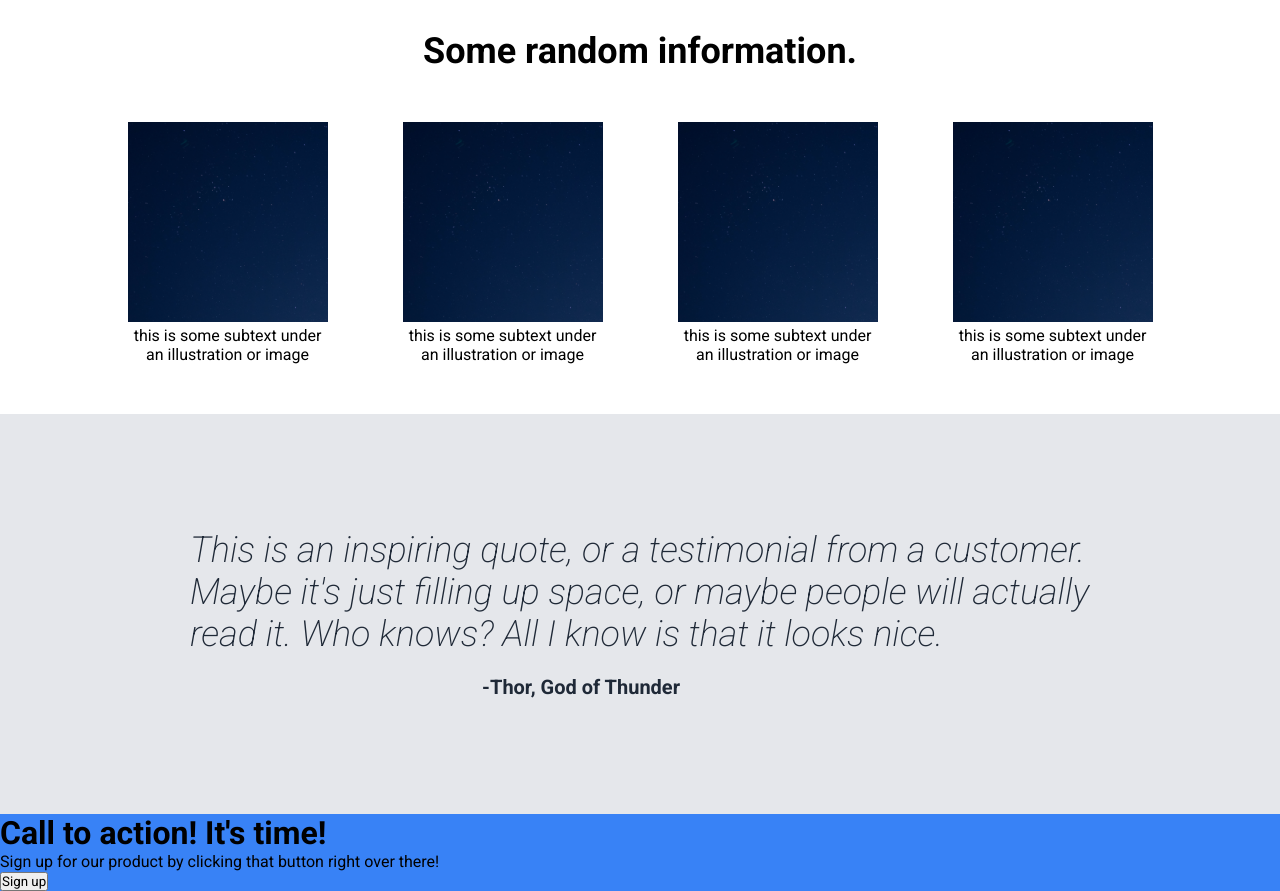
Repository: aaronestre/odin-landingpage
Page: index.html
These files come from the project's save history. The page is drawn as it stood at one moment and after the next save; the edit follows.
The browser window is 1280 px wide. The pictures show the part of the page from y = 570 to 1461 px (the page is 1461 px tall).
A picture or video elsewhere on the page could not be fetched, so the positions and the page height are approximate.

Above is the page before, as saved 2025-02-12 21:22:47.

After the next save:
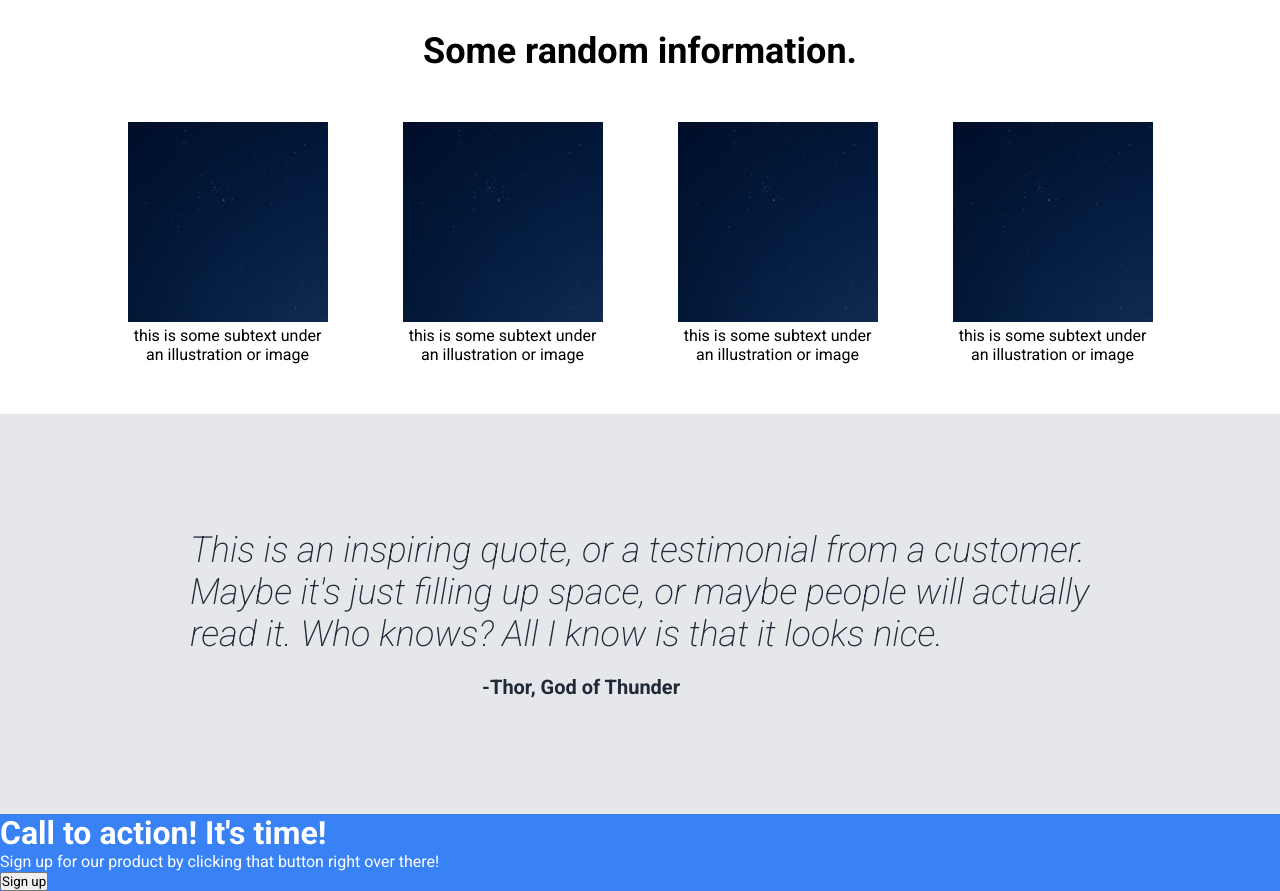
Saved 11 s later.
--- a/index.css
+++ b/index.css
@@ -124,9 +124,11 @@
     align-self: flex-end;
     margin-right: 600px;
 }
+
 .cta {
-    color: #000;
+    color: #fff;
 }
+
 .cta-container {
     background-color: #3882f6;
 }
